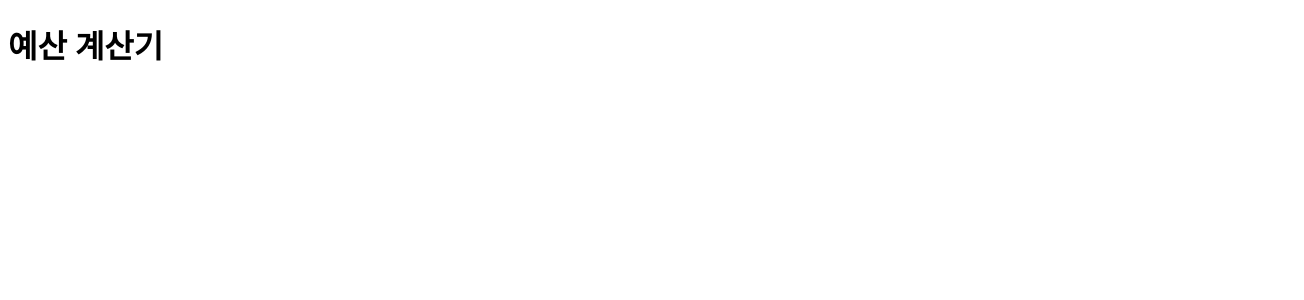
Repository: jongheonleee/budget_calculator
Page: /
An editor plug-in stored every save of this project. The page is shown before and after the next save, followed by the edit.
The browser window is 1280 px wide. The page is 1304 px wide, so the pictures cover 1304 px, including what lies to the right of the window. The pictures show the whole page.
The project was rebuilt for these pictures with package versions that can differ from the ones it lists, and the page was loaded fresh each time. Also part of the build but not shown: src/index.css.

Above is the page before, as saved 2025-02-07 20:07:41.

### src/App.js
import { Component } from "react";

class App extends Component {

  render() {
    return (
      <main className="main-container">
        <h1>예산 계산기</h1>

        <div style={{ width:'100%', backgroundColor : 'white', padding: '1rem'}}>

        </div>
      </main>
    )
  }
}

export default App;

Loaded but not shown: public/index.html (common file); src/index.js (common file); src/reportWebVitals.js (common file)

After the next save:
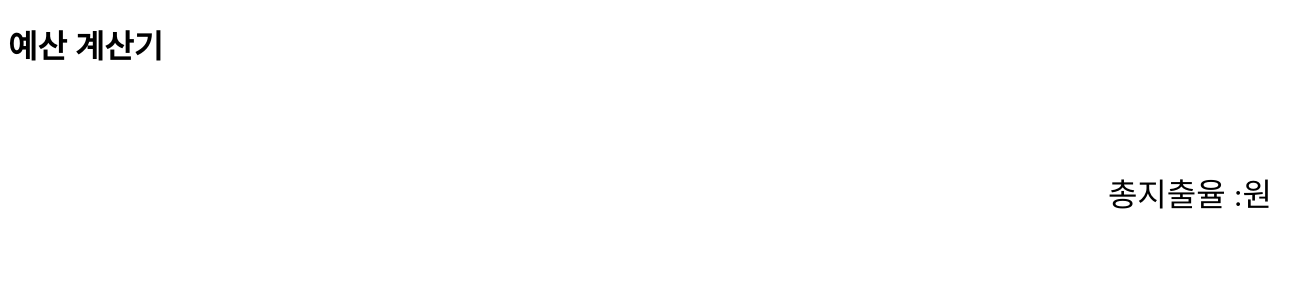
Saved 2 min 28 s later.
--- a/src/App.js
+++ b/src/App.js
@@ -8,7 +8,14 @@ class App extends Component {
         <h1>예산 계산기</h1>
 
         <div style={{ width:'100%', backgroundColor : 'white', padding: '1rem'}}>
+          { /* Expense List */ }
+        </div>
 
+        <div style={{ display : 'flex', justifyContent: 'end', marginTop: '1rem'}}>
+          <p style={{ fontSize : '2rem'}}>
+            총지출율 :
+            <span>원</span>
+          </p>
         </div>
       </main>
     )
